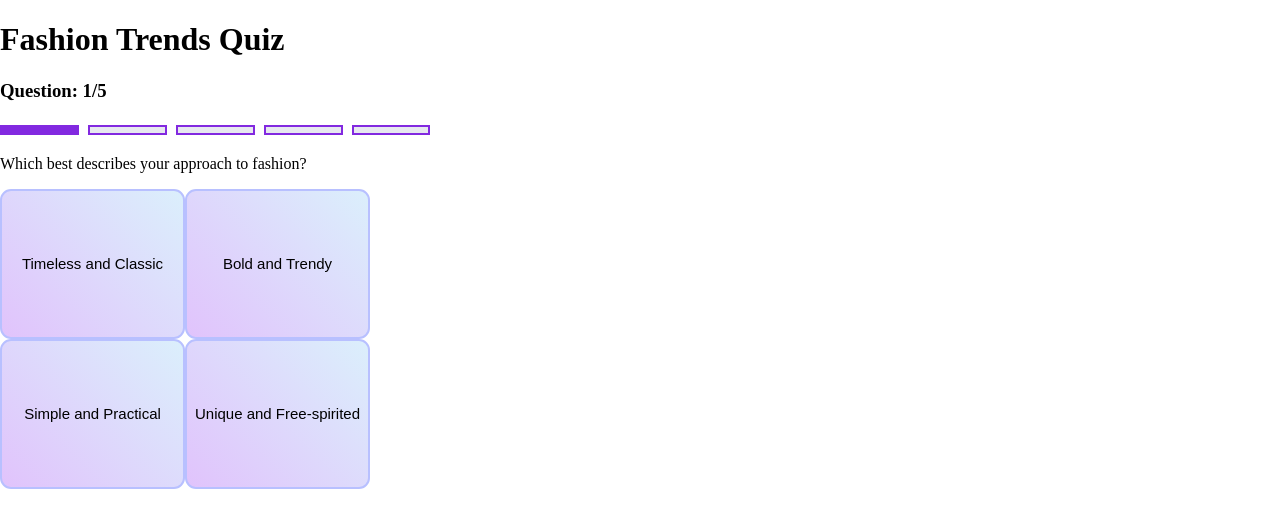
Repository: navnneett/clotho
Page: /QuizQuestions/QuestionOne
These files come from the project's save history. The page is drawn as it stood at one moment and after the next save; the edit follows.
The browser window is 1280 px wide. The pictures show the whole page.
The project was rebuilt for these pictures with package versions that can differ from the ones it lists, and the page was loaded fresh each time. The framework's server and built-in components were replaced by stand-ins that run in the browser. Also part of the build but not shown: next.config.js, next.config.mjs, styles/QuestionTwo.module.css, components/Button/Button.module.css, components/Button/index.js, pages/QuizQuestions/QuestionTwo.js, styles/QuestionThree.module.css, pages/QuizQuestions/QuestionThree.js and 8 more.

Above is the page before, as saved 2024-04-07 11:06:35.

After the next save:
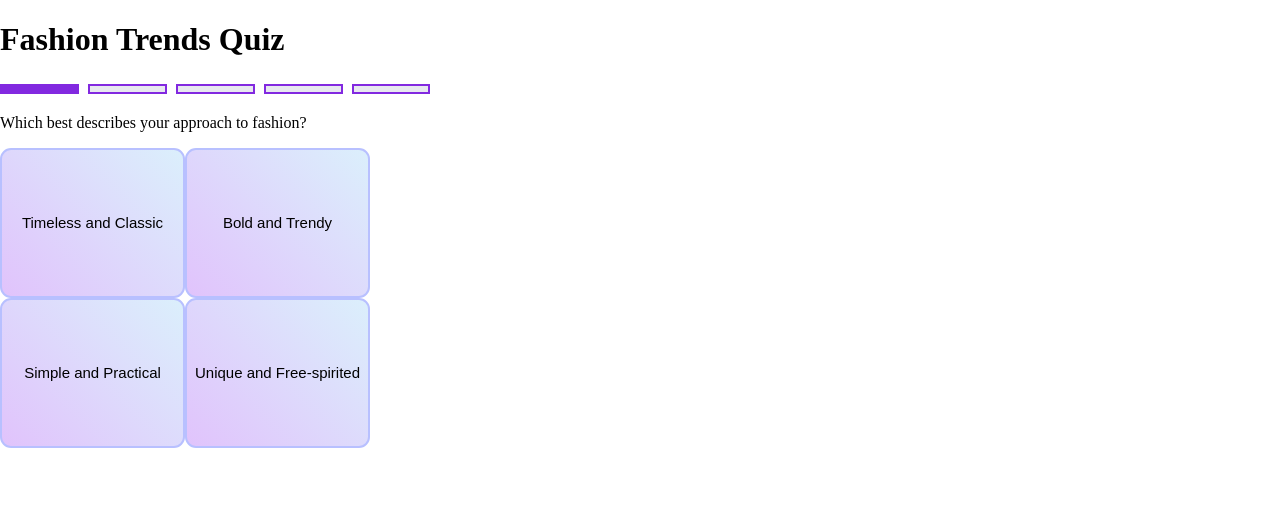
Saved 9 s later.
--- a/pages/QuizQuestions/QuestionOne.js
+++ b/pages/QuizQuestions/QuestionOne.js
@@ -31,9 +31,7 @@ export default function QuestionOne() {
             {currentQuestion === 1 && (
                 <div className={styles.mainContainer}>
                     <h1>Fashion Trends Quiz</h1>
-                    <h3>
-                        Question: 1/5
-                    </h3>
+
                     <Image
                         src="/images/quiz/Progress Indicator.png"
                         alt="Progress Indicator question 1"
